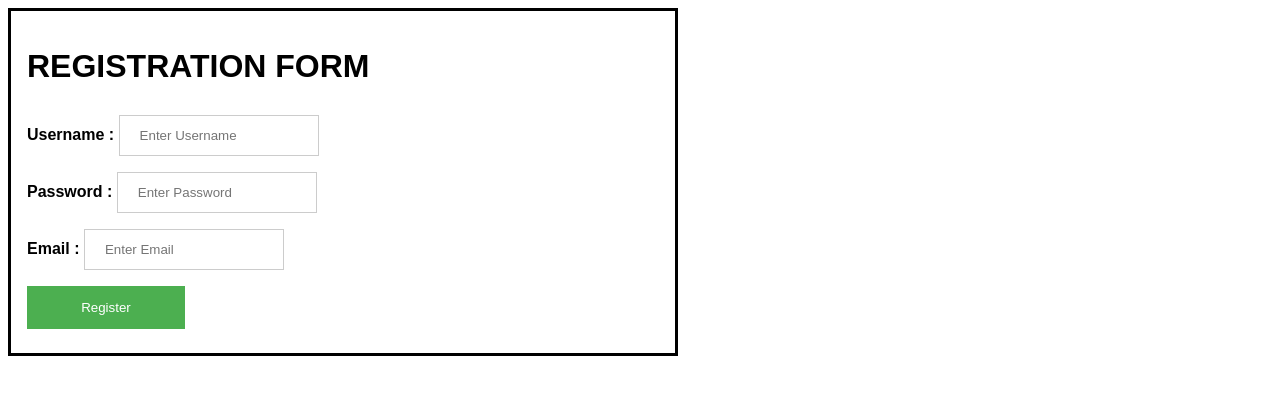
Repository: mugdha97/JSPServlet
Page: http://localhost/loginPage/register.jsp
An editor plug-in stored every save of this project. The page is shown before and after the next save, followed by the edit.
The browser window is 1280 px wide. The pictures show the whole page.
The page is served by Tomcat 9.

Above is the page before, as saved 2019-10-22 06:28:02.

After the next save:
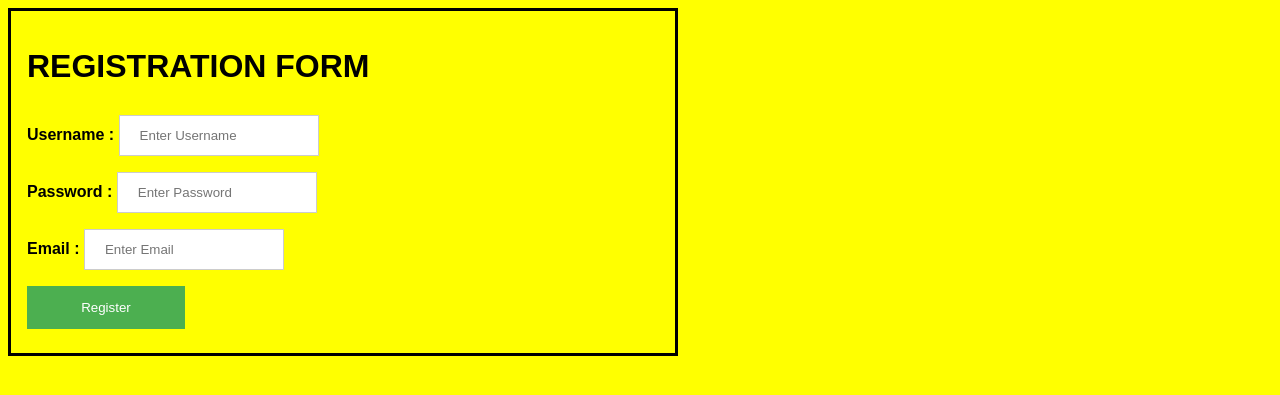
Saved 5 min 36 s later.
--- a/loginPage/WebContent/login.css
+++ b/loginPage/WebContent/login.css
@@ -1,4 +1,4 @@
-body {font-family: Arial, Helvetica, sans-serif;}
+body {font-family: Arial, Helvetica, sans-serif; background-color:yellow;}
 
 /* Full-width input fields */
 input[type=text], input[type=password] {

After the save that followed:
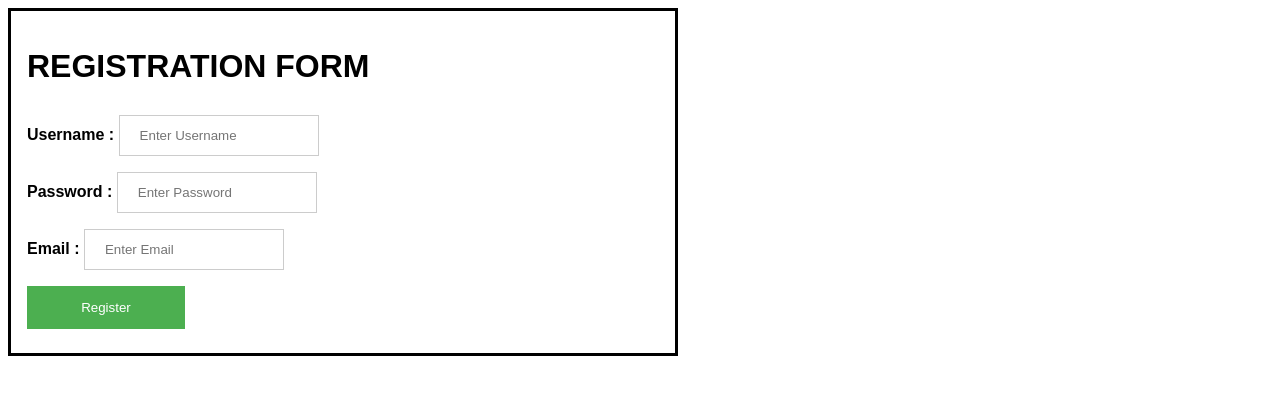
Saved 34 s later.
--- a/loginPage/WebContent/login.css
+++ b/loginPage/WebContent/login.css
@@ -1,4 +1,4 @@
-body {font-family: Arial, Helvetica, sans-serif; background-color:yellow;}
+body {font-family: Arial, Helvetica, sans-serif;}
 
 /* Full-width input fields */
 input[type=text], input[type=password] {
